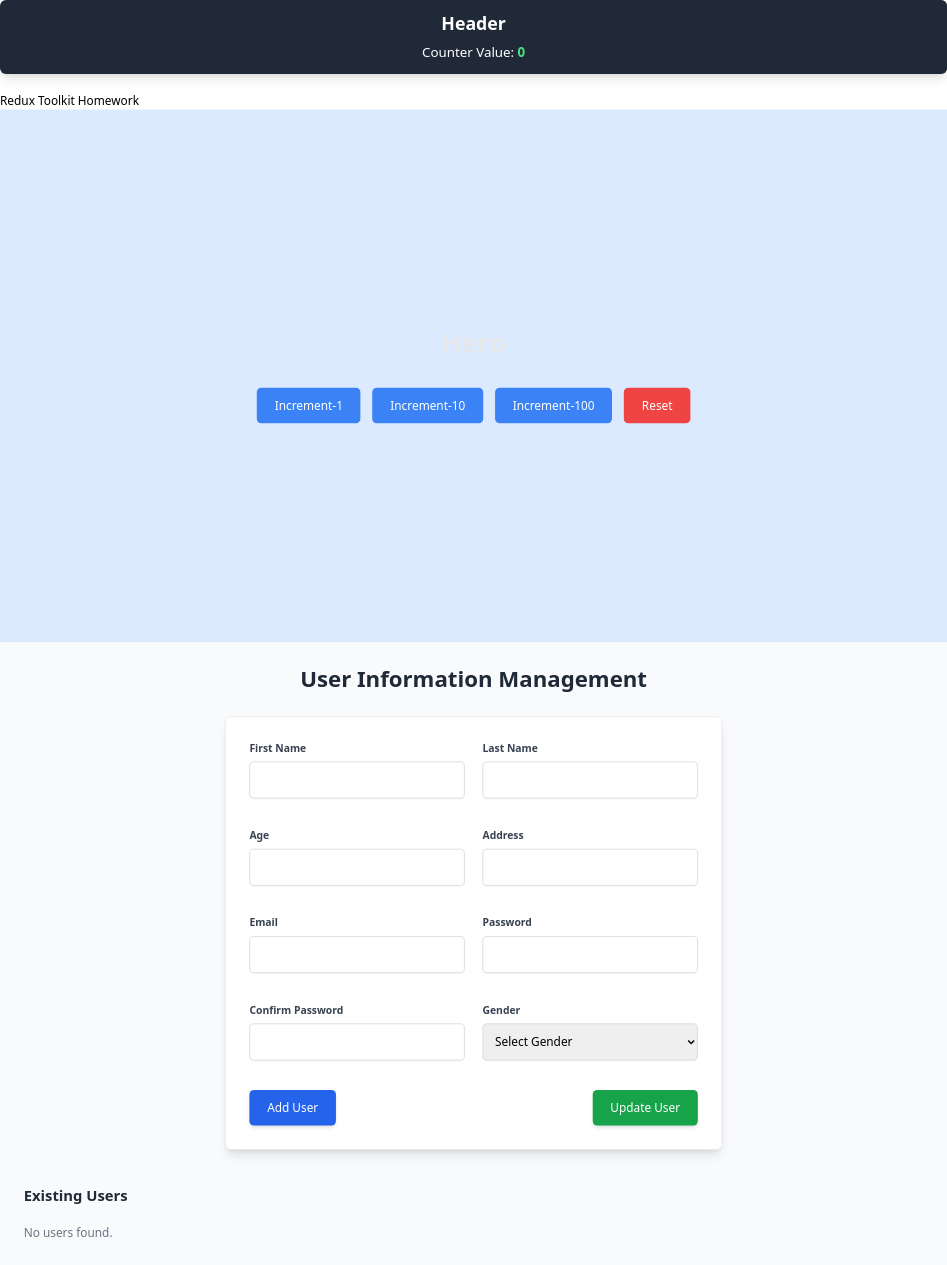
Repository: SitoraRashidova/userCrudFront
Page: /
An editor plug-in stored every save of this project. The page is shown before and after a run of saves, followed by the edit.
The browser window is 1280 px wide. The pictures show the whole page, at 74% of full size.
The project was rebuilt for these pictures with package versions that can differ from the ones it lists, and the page was loaded fresh each time. Also part of the build but not shown: vite.config.js.

Above is the page before, as saved 2024-12-10 00:35:24.

After the next 2 saves:
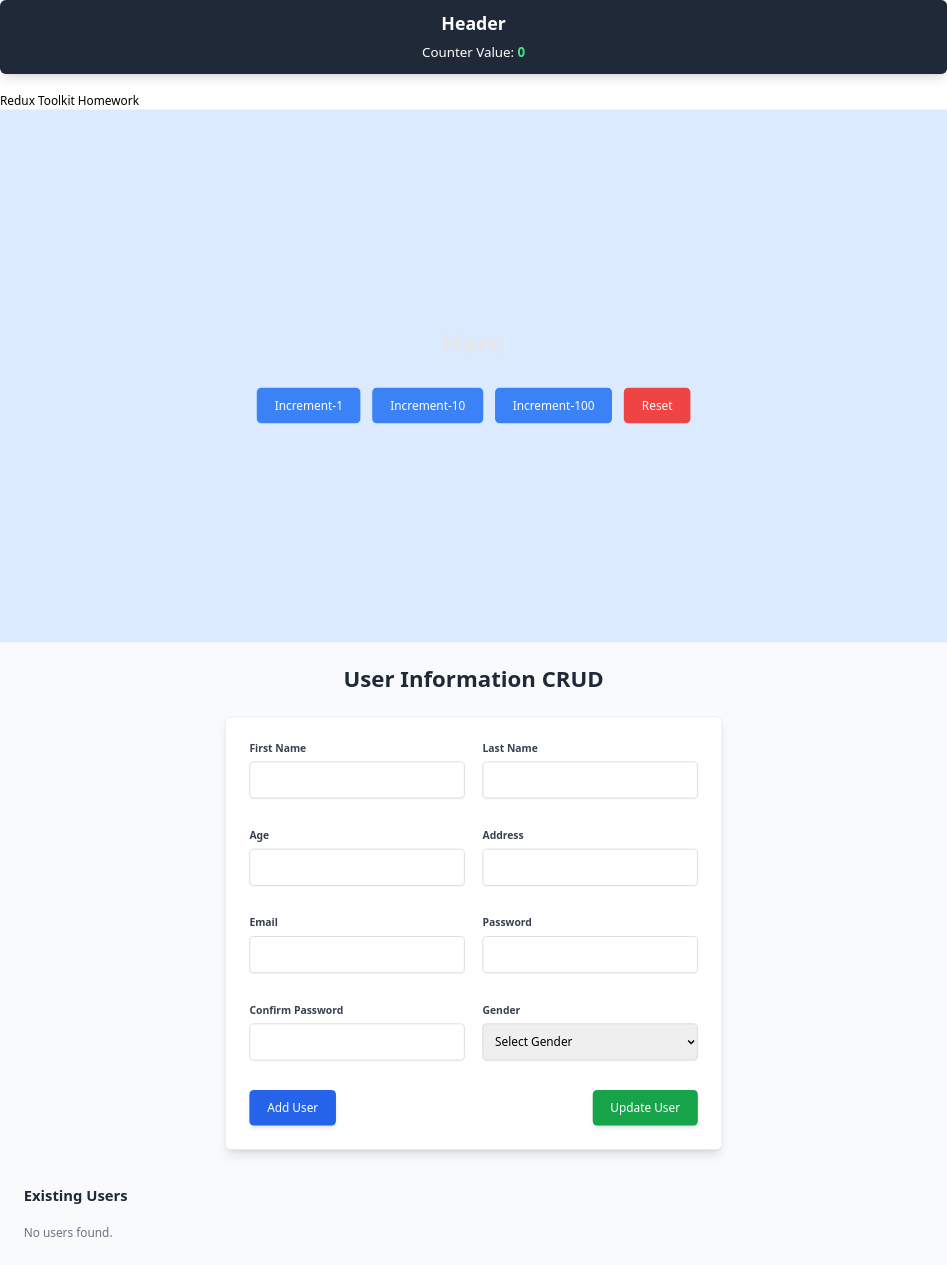
The 2 saves are shown as one change because they came seconds apart.
The last was saved 31 s later.
--- a/src/components/User.jsx
+++ b/src/components/User.jsx
@@ -40,7 +40,7 @@
   return (
     <div className="container mx-auto p-8 bg-gray-50 min-h-screen">
       <h1 className="text-3xl font-extrabold text-center text-gray-800 mb-8">
-        User Information Management
+        User Information CRUD
       </h1>
 
       {/* Form Section */}
